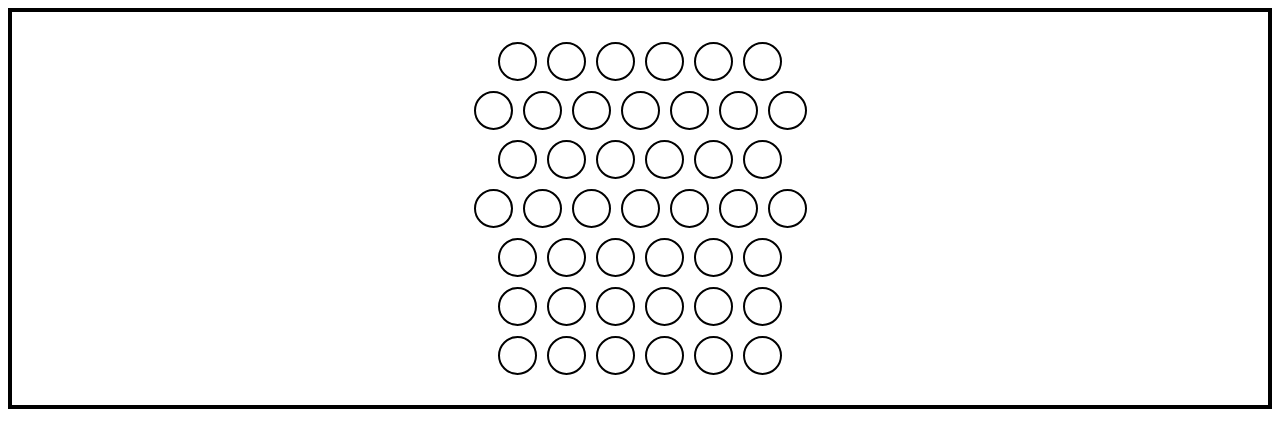
Repository: mikevic18/connect4
Page: index.html
The author's editor kept a copy of each file at every save. The page is drawn from the files as they stood at one save, then again after a run of saves.
The browser window is 1280 px wide. The pictures show the whole page.

Above is the page before, as saved 2023-03-03 12:28:26.

### index.html
<!DOCTYPE html>
<html lang="en">
    <head>
        <meta charset="UTF-8" />
        <meta http-equiv="X-UA-Compatible" content="IE=edge" />
        <meta name="viewport" content="width=device-width, initial-scale=1.0" />
        <link rel="stylesheet" type="text/css" href="style.css">
        <title>Document</title>
    </head>
    <body>
        <div class="board">
            <div class="column">
                <div class="cell"></div>
                <div class="cell"></div>
                <div class="cell"></div>
                <div class="cell"></div>
                <div class="cell"></div>
                <div class="cell"></div>
            </div>
            <div class="column">
                <div class="cell"></div>
                <div class="cell"></div>
                <div class="cell"></div>
                <div class="cell"></div>
                <div class="cell"></div>
                <div class="cell"></div>
                <div class="cell"></div>
            </div>
            <div class="column">
                <div class="cell"></div>
                <div class="cell"></div>
                <div class="cell"></div>
                <div class="cell"></div>
                <div class="cell"></div>
                <div class="cell"></div>
            </div>
            <div class="column">
                <div class="cell"></div>
                <div class="cell"></div>
                <div class="cell"></div>
                <div class="cell"></div>
                <div class="cell"></div>
                <div class="cell"></div>
                <div class="cell"></div>
            </div>
            <div class="column">
                <div class="cell"></div>
                <div class="cell"></div>
                <div class="cell"></div>
                <div class="cell"></div>
                <div class="cell"></div>
                <div class="cell"></div>
            </div>
            <div class="column">
                <div class="cell"></div>
                <div class="cell"></div>
                <div class="cell"></div>
                <div class="cell"></div>
                <div class="cell"></div>
                <div class="cell"></div>
            </div>
            <div class="column">
                <div class="cell"></div>
                <div class="cell"></div>
                <div class="cell"></div>
                <div class="cell"></div>
                <div class="cell"></div>
                <div class="cell"></div>
            </div>
        </div>
    </body>
</html>

### style.css

.board{
    display:flex;
    flex-direction: column;
    align-items: center;
    border: 4px solid black;
    padding: 25px;
}

.column{
    display: flex;
}

.cell{
    width: 35px;
    height: 35px;
    border-radius: 50%;
    margin: 5px;
    background-color: white;
    border: 2px solid black;
}
.cell.red{
    background-color: red;
}
.cell.green{
    background-color: mediumseagreen;
}

After the next 2 saves:
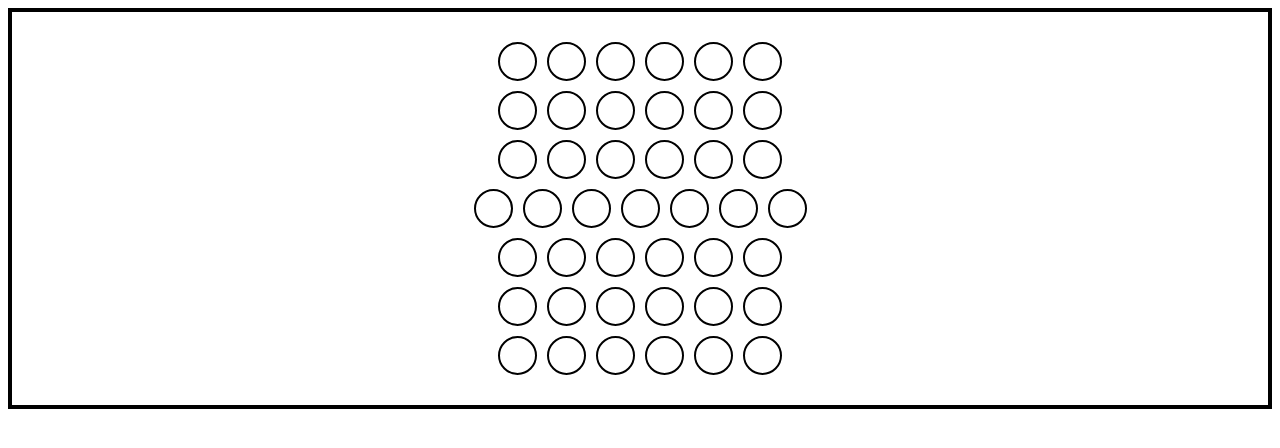
The 2 saves are shown as one change because they came seconds apart.
The last was saved 49 s later.
--- a/index.html
+++ b/index.html
@@ -18,7 +18,6 @@
                 <div class="cell"></div>
             </div>
             <div class="column">
-                <div class="cell"></div>
                 <div class="cell"></div>
                 <div class="cell"></div>
                 <div class="cell"></div>
